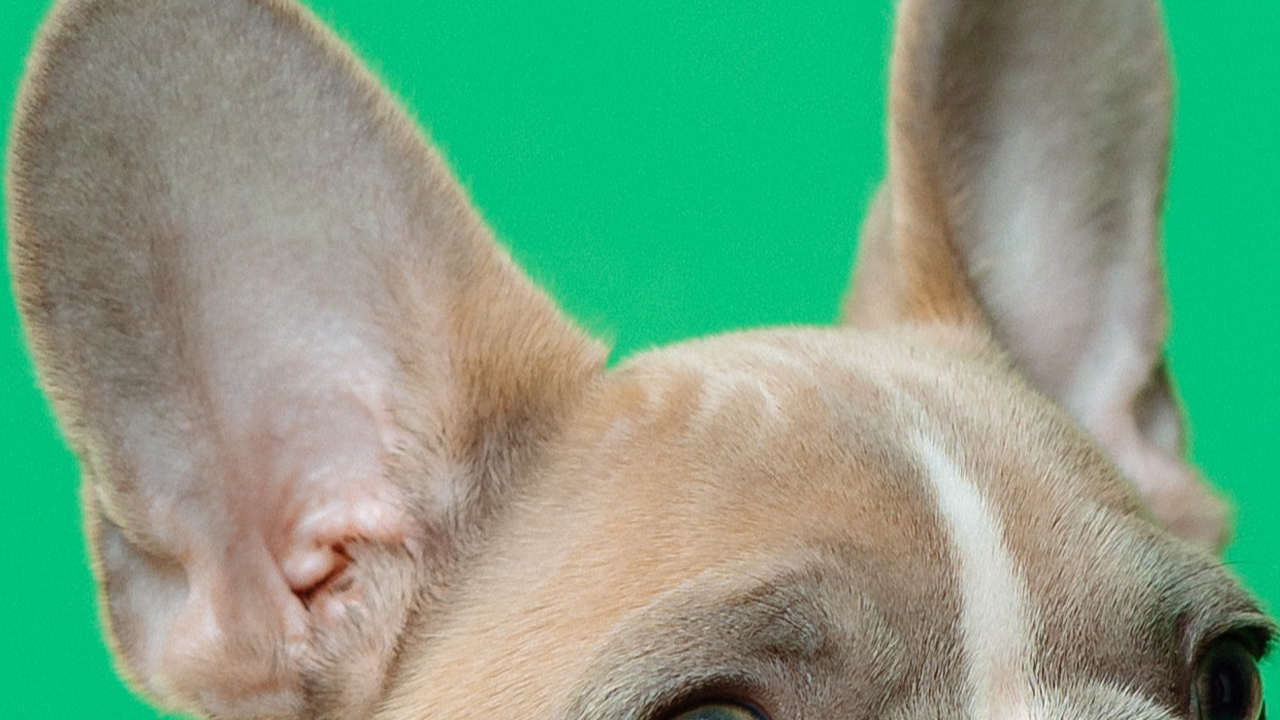
Repository: EmmanuelOyiti/Frontend_class
Page: Frontend class/index.html
An editor plug-in stored every save of this project. The page is shown before and after the next save, followed by the edit.
The browser window is 1280 px wide. The pictures show the whole page.

Above is the page before, as saved 2023-09-26 20:54:44.

### Frontend class/index.html
<!DOCTYPE html>
<html lang="en">
<head>
    <meta charset="utf-8"/>
    <title> Learning css</title>
    <link href="index.css" rel="stylesheet">
</head>
<body>

    <main id="main">

    </main>

</body>
</html>

### Frontend class/index.css
body {
    margin: 0;
}

#main {
    height: 100dvh;
    background-image: url('dog.jpg');
    background-position: center;
    background-repeat: repeat;
}

After the next save:
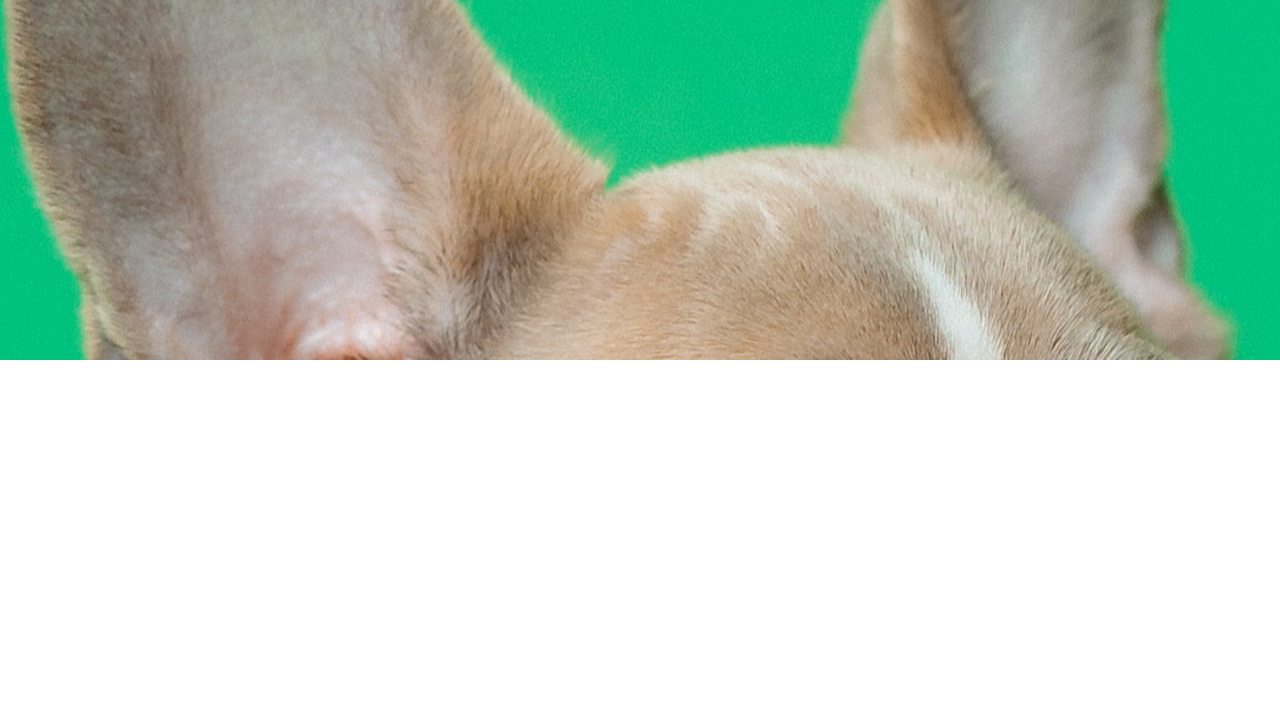
Saved 28 s later.
--- a/Frontend class/index.css
+++ b/Frontend class/index.css
@@ -3,7 +3,7 @@
 }
 
 #main {
-    height: 100dvh;
+    height: 50dvh;
     background-image: url('dog.jpg');
     background-position: center;
     background-repeat: repeat;
